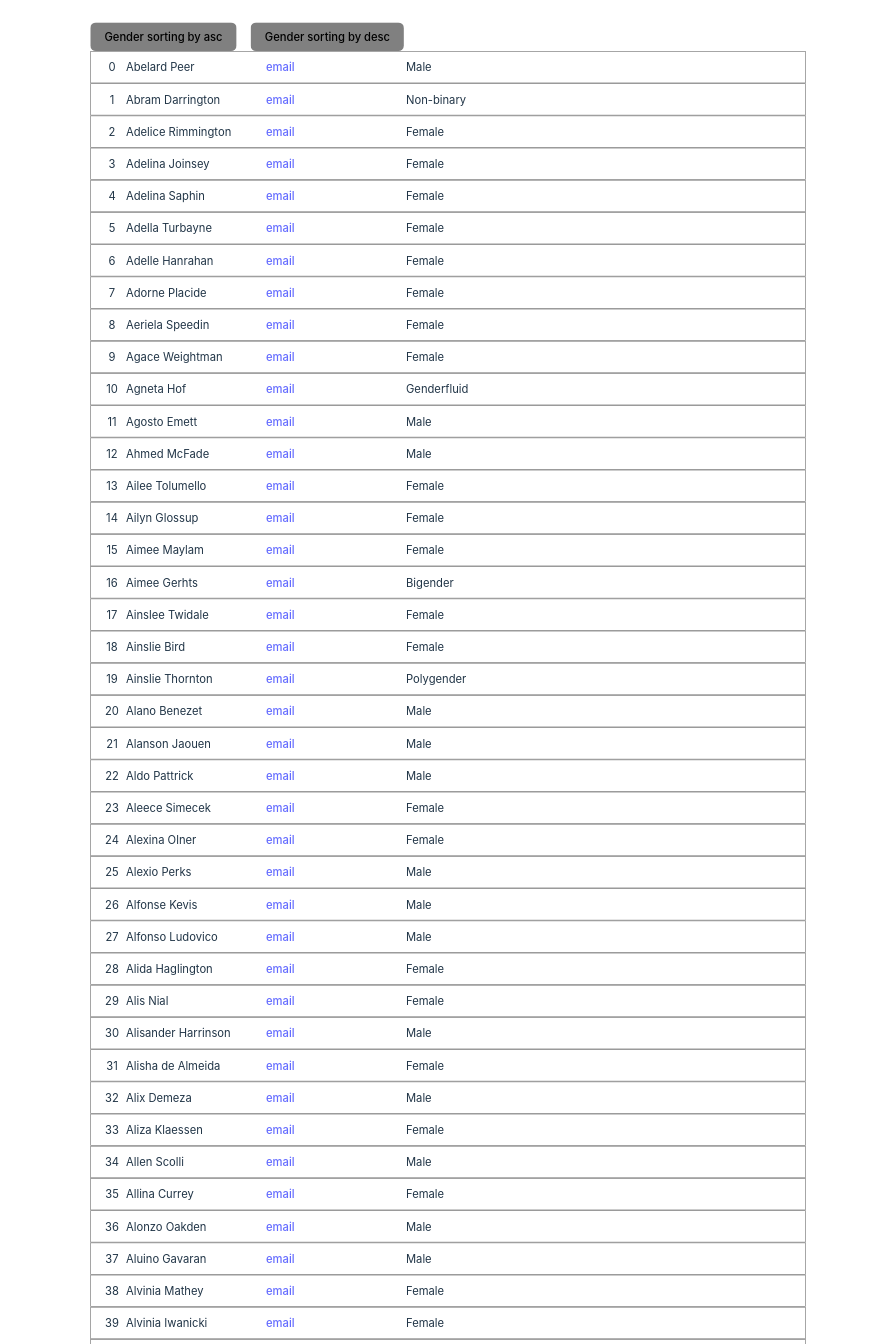
Repository: Kainar9292/sorting
Page: /
These files come from the project's save history. The page is drawn as it stood at one moment and after the next save; the edit follows.
The browser window is 1280 px wide. The pictures show the part of the page from y = 0 to 1920 px (the page is 46105 px tall before and 46145 px after), at 70% of full size.
The project was rebuilt for these pictures with package versions that can differ from the ones it lists, and the page was loaded fresh each time. Also part of the build but not shown: vite.config.js.

Above is the page before, as saved 2022-10-29 15:25:52.

### src/style.css
:root {
  font-family: Inter, Avenir, Helvetica, Arial, sans-serif;
  font-size: 16px;
  line-height: 24px;
  font-weight: 400;

  color-scheme: light dark;
  color: rgba(255, 255, 255, 0.87);
  background-color: #242424;

  font-synthesis: none;
  text-rendering: optimizeLegibility;
  -webkit-font-smoothing: antialiased;
  -moz-osx-font-smoothing: grayscale;
  -webkit-text-size-adjust: 100%;
}

a {
  font-weight: 500;
  color: #646cff;
  text-decoration: inherit;
}
a:hover {
  color: #535bf2;
}

a {
  font-weight: 500;
  color: #646cff;
  text-decoration: inherit;
}
a:hover {
  color: #535bf2;
}

body {
  margin: 0;
  display: flex;
  place-items: center;
  min-width: 320px;
  min-height: 100vh;
}

h1 {
  font-size: 3.2em;
  line-height: 1.1;
}

button {
  border-radius: 8px;
  border: 1px solid transparent;
  padding: 0.6em 1.2em;
  font-size: 1em;
  font-weight: 500;
  font-family: inherit;
  background-color: #1a1a1a;
  cursor: pointer;
  transition: border-color 0.25s;
}
button:hover {
  border-color: #646cff;
}
button:focus,
button:focus-visible {
  outline: 4px auto -webkit-focus-ring-color;
}

.card {
  padding: 2em;
}

#app {
  max-width: 1280px;
  margin: 0 auto;
  padding: 2rem;
  text-align: center;
}

@media (prefers-color-scheme: light) {
  :root {
    color: #213547;
    background-color: #ffffff;
  }
  a:hover {
    color: #747bff;
  }
  button {
    background-color: #f9f9f9;
  }
}

.users {
  display: flex;
  flex-direction: column;
}

.users_item {
  display: flex;
  width: 1000px;
  padding: 10px;
  justify-content: flex-start;
  border: 1px solid gray;
}

.users_index {
  flex-basis: 40px;
}

.users_item-name {
  display: flex;
  flex-basis: 200px;
}

.users_item-email {
  display: flex;
  flex-basis: 200px;
}

.users_button {
  display: flex;
}

.users_button button {
  margin-right: 20px;
  background-color: gray;
}

### src/App.vue
<template>
  <Users/>
</template>

<script setup>
import Users from './components/Users.vue'
</script>

### src/components/Users.vue
<template>
  <div class="users_button">
    <button @click="sortingByField('gender')">Gender sorting by asc</button>

    <button @click="sortingByField('gender', 'desc')">
      Gender sorting by desc
    </button>
  </div>

  <div class="users">
    <div class="users_item" v-for="(item, index) in state.users">
      <div class="users_index">{{index}}</div>
      <div class="users_item-name">{{ item.first_name }} {{ item.last_name }}</div>
      <a class="users_item-email" href="mailto:{{item.email}}">email</a>
      <div>{{ item.gender }}</div>
    </div>
  </div>
</template>

<script setup>
import { reactive } from 'vue';
import { users } from '../service/getUsers';

const state = reactive({
  users: [],
});

state.users = users;

function sortingByField(sortedField, sordetType) {
  state.users = state.users.sort((a, b) => {
    if (sordetType === 'desc') {
      return a[sortedField] < b[sortedField] ? 1 : -1;
    } else {
      return a[sortedField] > b[sortedField] ? 1 : -1;
    }
  });
}

sortingByField('first_name');
</script>

Loaded but not shown: index.html (common file); src/main.js (common file); src/service/getUsers.js (1000 lines, source omitted)

After the next save:
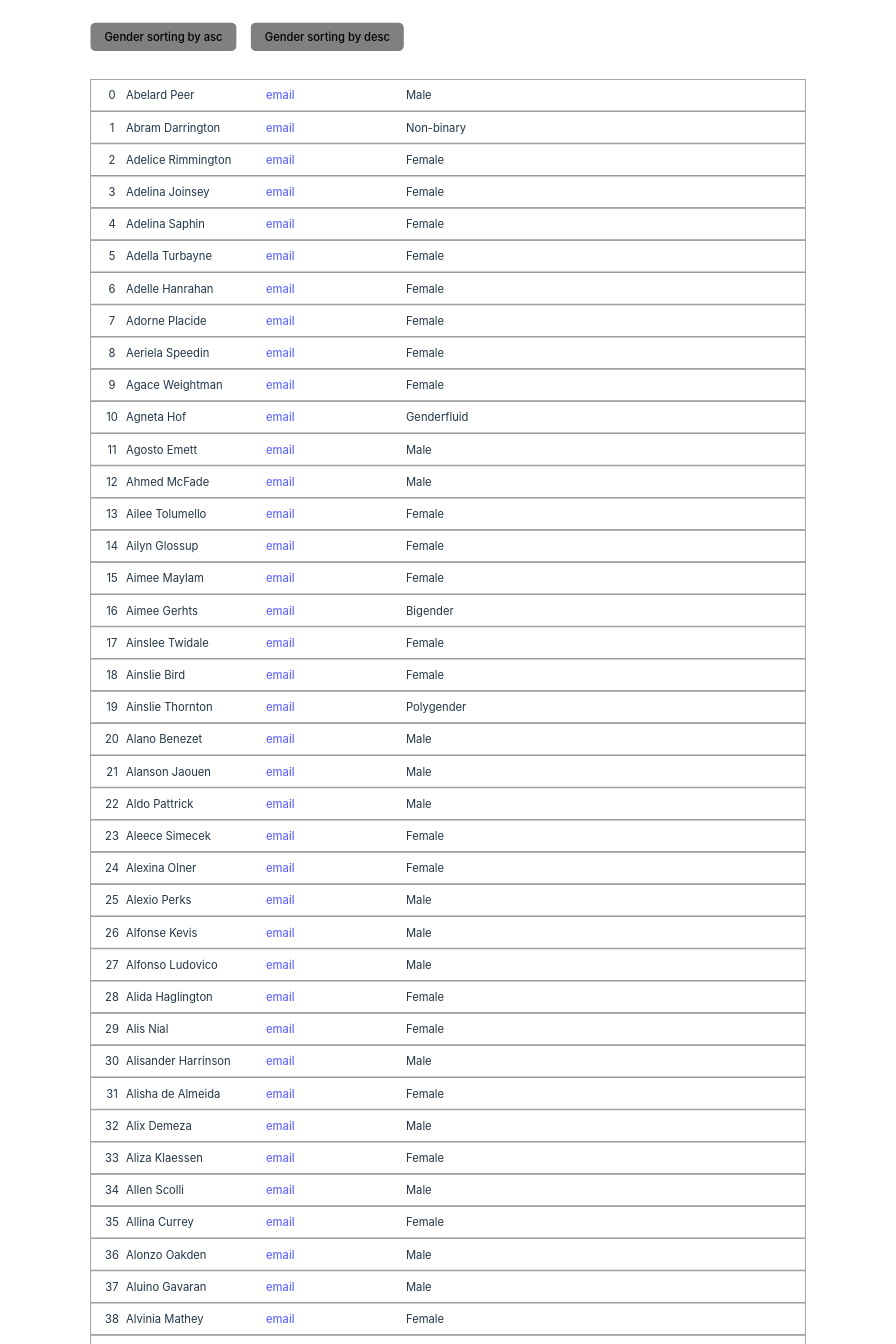
Saved 29 s later.
--- a/src/style.css
+++ b/src/style.css
@@ -118,6 +118,7 @@ button:focus-visible {
 
 .users_button {
   display: flex;
+  margin-bottom: 40px;
 }
 
 .users_button button {
